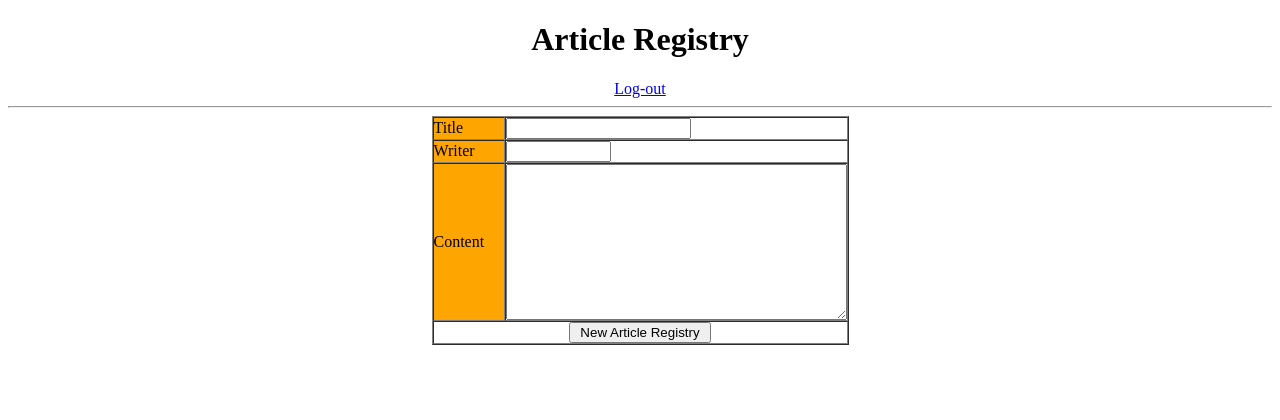
Repository: kevin1229/springTest
Page: http://localhost/BoardWeb/insertBoard.jsp
These files come from the project's save history. The page is drawn as it stood at one moment and after the next save; the edit follows.
The browser window is 1280 px wide. The pictures show the whole page.
The page is served by Tomcat 9. Other server files are loaded and not shown.

Above is the page before, as saved 2020-03-31 14:50:35.

### BoardWeb/src/main/webapp/insertBoard.jsp
<%@page contentType="text/html; charset=UTF-8" pageEncoding="UTF-8"%>

<!DOCTYPE html PUBLIC "-//W3C//DTD HTML 4.01 Transitional//EN"
					  "http://www.w3.org/TR/html4/loose.dtd">

<html>
	<head>
		<title>New article registry</title>
	</head>


	<body>
		<center>
			<h1>Article Registry</h1>
			<a href="logout_proc.jsp">Log-out</a>
			<hr>
				<from action="insertBoard_proc.jsp" method="post">
					<table border="1" cellpadding="0" cellspacing="0">
						<tr>
							<td bgcolor="orange" width="70">Title</td>
							<td align="left">
								<input type="text" name="title"/>
							</td>
						</tr>
						<tr>
							<td bgcolor="orange">Writer</td>
							<td align="left">
								<input type="text" name="writer" size="10"/>
							</td>
						</tr>
						<tr>
							<td bgcolor="orange">Content</td>
							<td align="left">
								<textarea name="content" cols="40" rows="10"></textarea>
							</td>
						</tr>
						<tr>
							<td colspan="2" align="center">
								<input type="submit" value=" New Article Registry "/>
							</td>
						</tr>
					</table>
				</from>
			</hr>
		</center>
	</body>
</html>

After the next save:
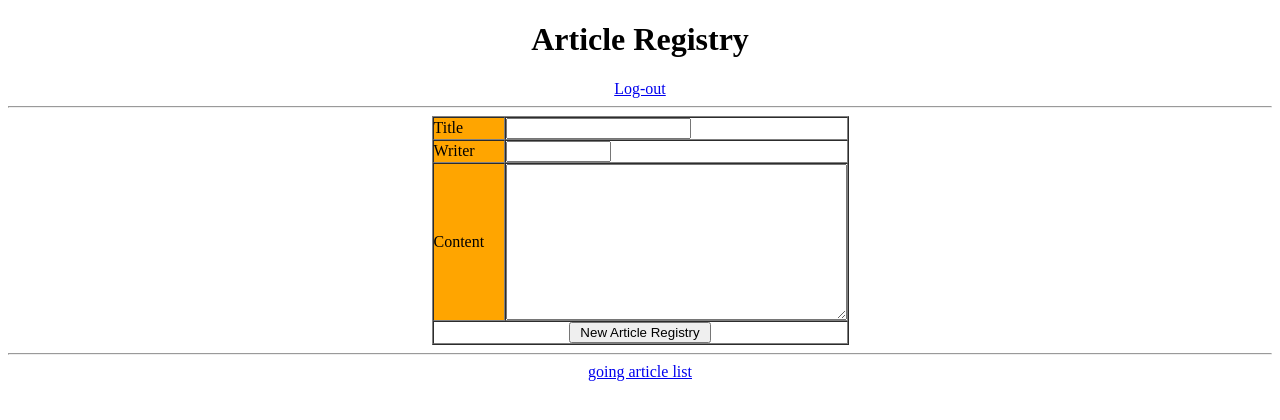
Saved 102 s later.
--- a/BoardWeb/src/main/webapp/insertBoard.jsp
+++ b/BoardWeb/src/main/webapp/insertBoard.jsp
@@ -42,6 +42,9 @@
 					</table>
 				</from>
 			</hr>
+			<hr>
+				<a href="getBoardList.jsp">going article list</a>
+			</hr>
 		</center>
 	</body>
 </html>
